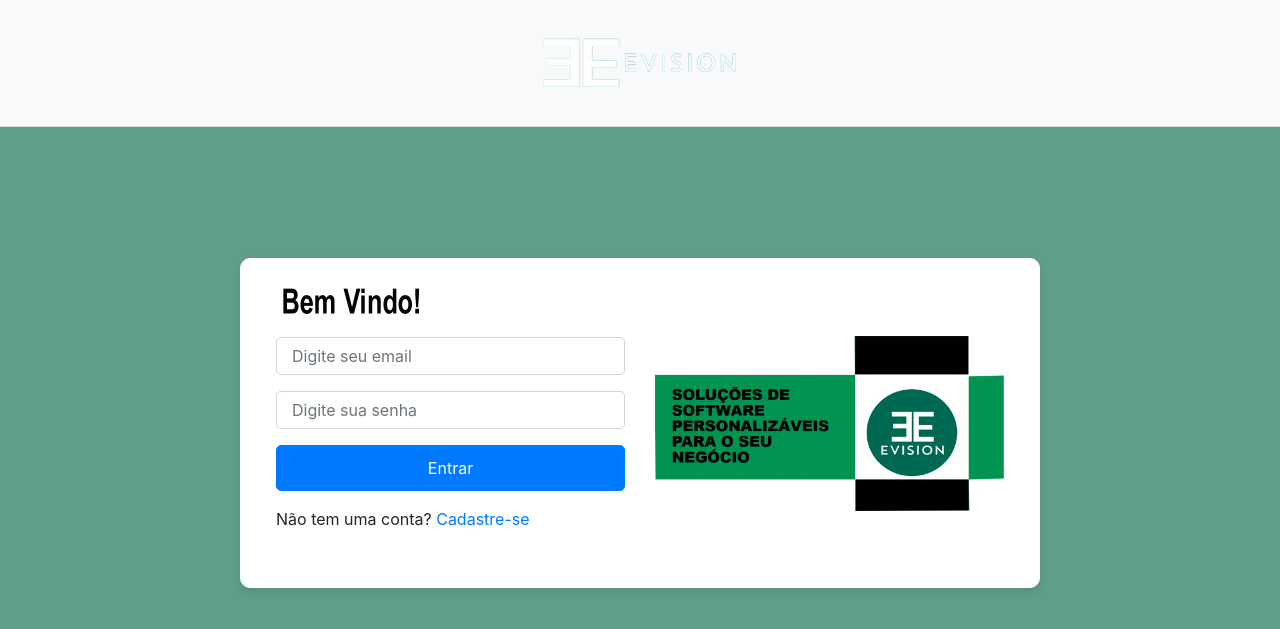
Repository: AndersonSchinemann/projetoTeste
Page: Evision/src/main/resources/static/access/templates/loginUser.html
An editor plug-in stored every save of this project. The page is shown before and after the next save, followed by the edit.
The browser window is 1280 px wide. The pictures show the whole page.
Some web libraries are served in a nearby version.

Above is the page before, as saved 2024-05-21 18:51:11.

After the next save:
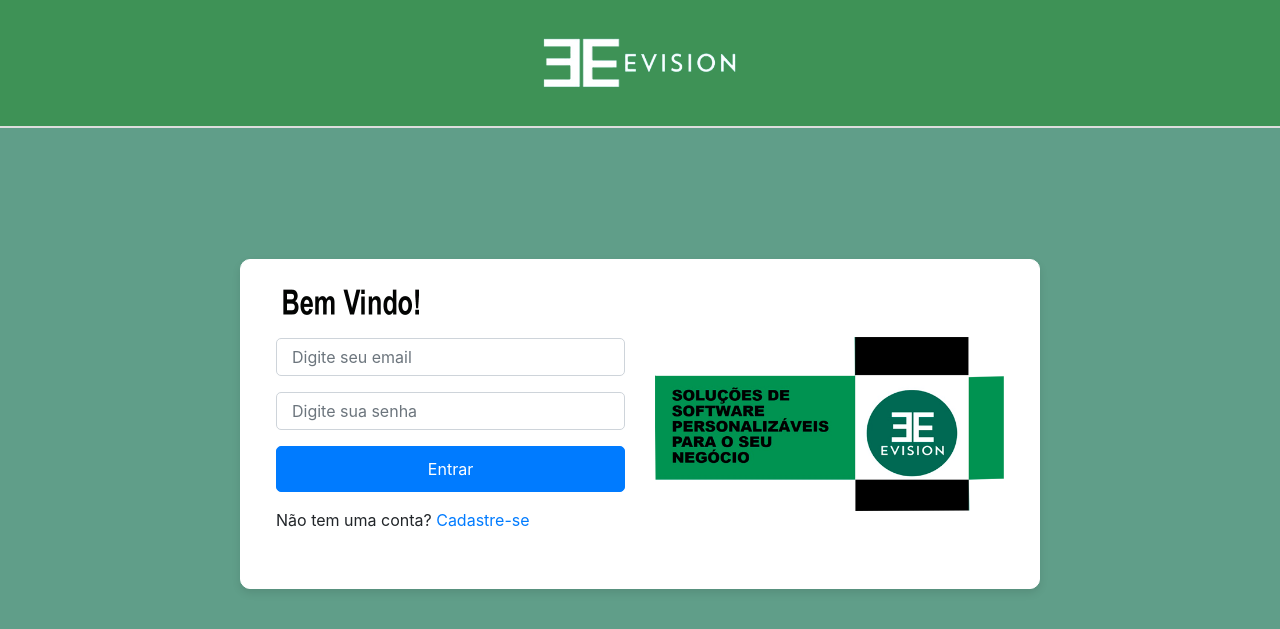
Saved 7 s later.
--- a/Evision/src/main/resources/static/access/css/style.css
+++ b/Evision/src/main/resources/static/access/css/style.css
@@ -59,47 +59,7 @@
       font-size: 16px;
       border-radius: 5px;
     }
-.my-logo-custom {
-      text-align: center;
-      padding: 20px;
-      background-color: #f8f9fa;
-      border-bottom: 1px solid #ddd;
-      position: relative; /* Para posição absoluta do texto */
-    }
-    .my-logo-custom img {
-      width: 200px;
-      height: auto;
-      position: relative;
-      z-index: 1; /* Para ficar acima da sobreposição */
-    }
-    .login-overlay {
-      position: absolute;
-      top: 0;
-      left: 0;
-      width: 100%;
-      height: 100%;
-      background-color: rgba(0, 0, 0, 0.5); /* Sobreposição semitransparente */
-      border-radius: 10px;
-      display: flex;
-      align-items: center;
-      justify-content: center;
-      z-index: 0; /* Colocado atrás da imagem */
-      opacity: 0;
-      transition: opacity 0.3s ease; /* Efeito de transição */
-    }
-    .my-logo-custom:hover .login-overlay {
-      opacity: 1; /* Mostra a sobreposição ao passar o mouse */
-    }
-    .login-text {
-      color: #fff;
-      font-size: 24px;
-      text-align: center;
-    }
-    .my-logo-custom h2 {
-      margin-bottom: 0;
-      position: relative;
-      z-index: 2; /* Para ficar acima da sobreposição */
-    }
+
 .topbar {
 	position: fixed;
 	top: 0;
